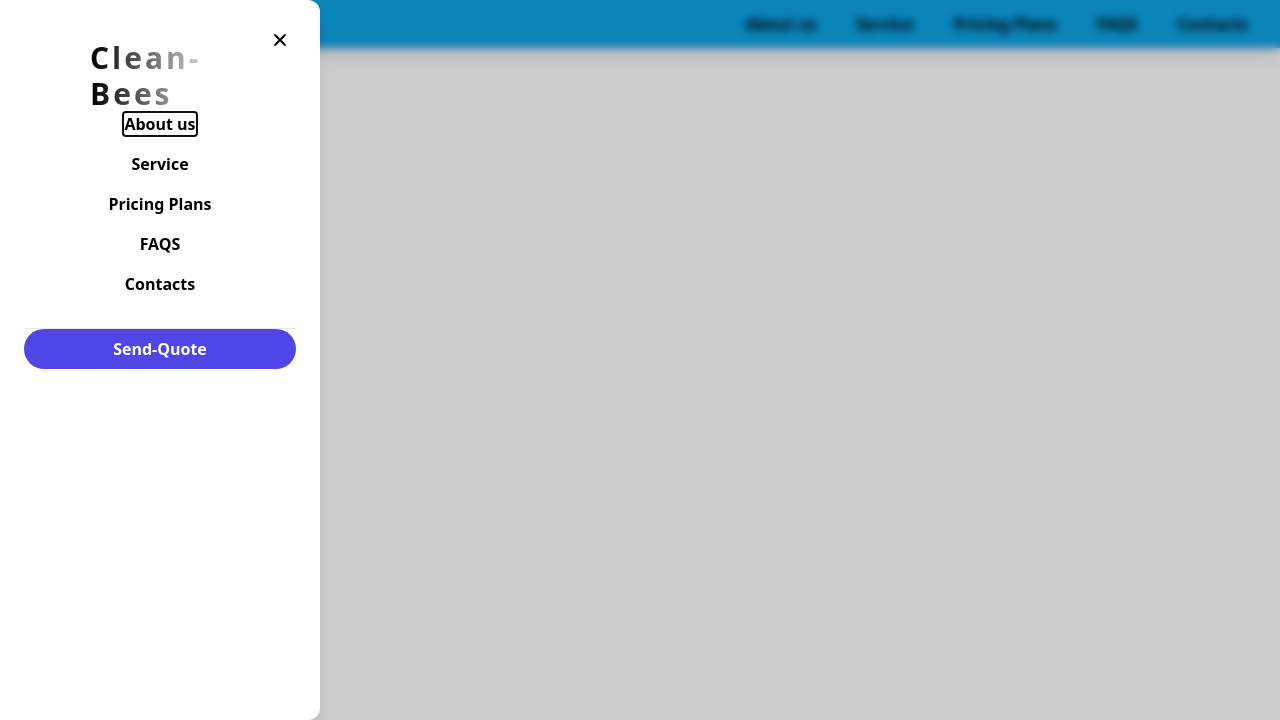
Repository: remydev47/cleanbees
Page: /
An editor plug-in stored every save of this project. The page is shown before and after the next save, followed by the edit.
The browser window is 1280 px wide. The pictures show the whole page.
The project was rebuilt for these pictures with package versions that can differ from the ones it lists, and the page was loaded fresh each time. The framework's server and built-in components were replaced by stand-ins that run in the browser. Also part of the build but not shown: next.config.js.

Above is the page before, as saved 2022-09-15 20:03:20.

### pages/_app.tsx
import '../styles/globals.css'
import type { AppProps } from 'next/app'
import { Header } from '../components/Header'


function MyApp({ Component, pageProps }: AppProps) {
  return (
    <>
      <Header />
      <Component {...pageProps} />
    </>

    )
}

export default MyApp

### pages/index.tsx
import type { NextPage } from 'next'
import Head from 'next/head'
import Image from 'next/image'
import Hero from '../components/Hero'

const Home: NextPage = () => {
  return (
    <div className="">
      <Head>
        <title>CleanBees</title>
        <link rel="icon" href="/favicon.ico" />
      </Head>
      <Hero />
      <h1>CleanBees</h1>
    </div>
  )
}

export default Home

### components/Header.tsx
import { navLinks } from "../constants"
import { MenuPopOver } from "./MenuPopover"
import Logo from "./Logo"
import Image from "next/image"
import { title } from "process"

export const Header = () => {
    return(
        <>
          <header className={styles.container}>
           <div className='flex grow-0 basis-1/3 md:hidden'>
             <MenuPopOver />
          </div>
          <div className='flex grow-0 basis-1/3 justify-center md:justify-start'>

           </div>
           <ul className="list-none sm:flex hidden justify-end items-center flex-1">
            {navLinks.map((nav, index) => (
                <li
                key={nav.id}
                className={`font-poppins font-extrabold cursor-pointer text-[16px]
                  ${index === navLinks.length - 1 ? 'mr-0' : 'mr-10'}
                 text-black `}
                >
                    <a>{nav.title}</a>
                </li>
            ))}
           </ul>

          </header>
        </>
    )
}

const styles ={
    container:`sticky bg-[#0ea5e9] inset-x-0 top-0 z-20 flex items-center justify-between py-2 px-2 shadow-lg dark:bg-slate-900 sm:py-3 sm:px-8`
}

### constants/index.ts

export const navLinks =[
    {
     id:"aboutus",
     title:"About us"
    },
    {
        id:"services",
        title:"Service"
    },
    {
        id:"pricingplans",
        title:"Pricing Plans"
    },
    {
        id:"faqs",
        title:"FAQS"
    },
    {
        id:"contacts",
        title:"Contacts"
    },
]

### components/MenuPopover.tsx
import React, { useState, Fragment } from 'react'
import { IconButton } from './Button'
import { Transition, Dialog }  from '@headlessui/react';
import Link from 'next/link';
import Logo from './Logo';
import { Button } from './Button';
//import { ThemeSelect } from './ThemeToogle';
import { navLinks } from '../constants';

export const MenuPopOver = () => {
    const [isOpen, setIsOpen] = useState(true)

    return(
      <div>
        <IconButton
          variant='ghost'
          aria-label='menu'
          onClick={() => setIsOpen(!isOpen)}
        >
          <svg className='h-6 w-6 ' fill='none' stroke='currentColor'>
            <path
              strokeLinecap='round'
              strokeLinejoin='round'
              strokeWidth={2}
              d='M4 6h16M4 12h16M4 18h16'
            />
          </svg>
        </IconButton>
        <Transition
          show={isOpen}
          appear
          as={Fragment}
          enter='transform transition ease-in-out duration-300'
          enterFrom='-translate-x-full'
          enterTo='translate-x-0'
          leave='transform transition ease-in-out duration-300 delay-200'
          leaveFrom='translate-x-0'
          leaveTo='-translate-x-full'
        >
         <Dialog
           as='div'
           className={`fixed inset-0 z-50`}
           onClose={setIsOpen}
           open={isOpen}
           >
           <Transition.Child
             as={Fragment}
             enter='ease-out duration-300 delay-300'
             enterFrom='opacity-0'
             enterTo='opacity-100'
             leave='ease-in duration-200'
             leaveFrom='opacity-100'
             leaveTo='opacity-0'
           >

            <Dialog.Overlay
              className={`fixed inset-0 bg-black/20 backdrop-blur-sm dark:bg-gray-900/80`}
             />
          </Transition.Child>
           <div className={styles.dialogcontainer}>
            <a className='mx-auto mt-4 flex w-[140px] '>
              <Logo />
            </a>
            <ul
                className={styles.navWrapper2}
             >
                {navLinks.map((nav, index) => (
                    <li
                     key={nav.id}
                     className={`font-poppins font-bold cursor-pointer text-[16px]
                      ${index === navLinks.length - 1 ? 'mr-0' : 'mb-4'}
                      text-black `}
                    >
                     <a href={`#${nav.id}`}>
                        {nav.title}
                     </a>
                    </li>
                 ))}
             </ul>
            {/* <div className='mt-0 border-t border-gray-200 pt-6 dark:border-gray-200/10'>

            </div> */}
            <ul className='mt-8 space-y-3 border-t border-gray-200 dark:border-gray-200/10'>
              <li>
               <Button fullWidth>
                   Send-Quote
               </Button>
              </li>

            </ul>
            <IconButton
              variant='ghost'
              aria-label='close menu'
              className='absolute top-5 right-5'
              onClick={() => setIsOpen(false)}
            >
              <svg
                viewBox='0 0 10 10'
                className='h-2.5 w-2.5 overflow-visible'
                aria-hidden='true'
              >
                <path
                    d='M0 0L10 10M10 0L0 10'
                    fill='none'
                    stroke='currentColor'
                    strokeWidth='2'
                    strokeLinecap='round'
                  />
              </svg>
            </IconButton>
           </div>
         </Dialog>
        </Transition>
      </div>
    )
  }

const styles ={
    dialogcontainer:`fixed top-0 bottom-0 left-0 w-full max-w-xs rounded-r-xl bg-white p-6 shadow-lg dark:bg-gray-800`,
    menuitems:`group relative flex h-9 items-center oveflow-hidden rounded-md hover:bg-slate-200/50`,
    navWrapper2:`list-none flex flex-col justify-end items-center flex-1`,
}

### components/Button/index.tsx
import React, { forwardRef } from 'react';
//import { __DEV__ } from '../../utils/assertions'

type BaseButtonProps = Omit<React.HTMLProps<HTMLButtonElement>, "size">;

/* === Button Element === */

export interface ButtonProps extends BaseButtonProps {
  children: React.ReactNode;
  fullWidth?: boolean;
  className?: string;
  variant?: "solid" | "outline" | "ghost";
  size?: "sm" | "md" | "lg";
  as?: string;
  isExternal?: boolean;
  type?: "button" | "submit" | "reset";
}

export const Button = forwardRef<HTMLButtonElement, ButtonProps>(
  (
    {
      children,
      variant = "solid",
      size = "md",
      fullWidth = false,
      className,
      as = "button",
      isExternal = false,
      ...rest
    },
    ref
  ) => {
    let tempClassNames: string[] = [];

    const sharedClasses = [
      "capitalize",
      "focus:outline-none",
      "focus:ring-2",
      "focus:ring-indigo-400",
      "focus:ring-offset-2",
      "focus:ring-offset-indigo-50",
      "font-semibold",
      "rounded-full",
      "inline-flex",
      "flex-shrink-0",
      "items-center",
      "justify-center",
      "transition-colors",
      "ease-in-out",
      "duration-500",
    ];

    if (fullWidth) sharedClasses.push("w-full");

    // handle variants
    let btnSolid = ["bg-indigo-600", "hover:bg-indigo-700", "text-white"];
    let btnOutline = [
      "dark:text-white",
      "hover:text-yellow-700",
      "hover:dark:text-yellow-800",
      "bg-transparent",
      "hover:bg-indigo-50",
      "border",
      "border-indigo-600",
    ];
    let btnGhost = [
      "bg-transparent",
      "dark:text-white",
      "hover:bg-indigo-50",
      "hover:text-indigo-700",
      "hover:dark:text-indigo-700",
    ];

    if (variant === "solid") {
      tempClassNames = [...sharedClasses, ...btnSolid];
    } else if (variant === "outline") {
      tempClassNames = [...sharedClasses, ...btnOutline];
    } else if (variant === "ghost") {
      tempClassNames = [...sharedClasses, ...btnGhost];
    }

    // handle sizes
    let sizeSm = ["h-8", "px-2", "text-sm"];
    let sizeMd = ["h-10", "px-3"];
    let sizeLg = ["h-12", "px-4", "text-lg"];

    if (size === "sm") {
      tempClassNames = [...tempClassNames, ...sizeSm];
    } else if (size === "md") {
      tempClassNames = [...tempClassNames, ...sizeMd];
    } else if (size === "lg") {
      tempClassNames = [...tempClassNames, ...sizeLg];
    }

    let classes = tempClassNames.join(" ");

    let Element = as ? (
      React.createElement(
        as,
        {
          className: `${classes} ${className}`,
          target: isExternal ? "_blank" : undefined,
          rel: isExternal ? "noopener noreferrer" : undefined,
          ref,
          ...rest,
        },
        children
      )
    ) : (
      <button {...rest} className={`${classes} ${className}`} ref={ref}>
        {children}
      </button>
    );

    return Element;
  }
);

// if (__DEV__) {
//   Button.displayName = "Button";
// }

/* === IconButton Element === */

export interface IconButtonProps extends ButtonProps {
  icon?: React.ReactElement;
  "aria-label": string;
}

export const IconButton = forwardRef<HTMLButtonElement, IconButtonProps>(
  (
    {
      children,
      icon,
      className,
      "aria-label": ariaLabel,
      size = "md",
      ...rest
    },
    ref
  ) => {
    let sharedClasses = ["rounded-full", "!px-0"];

    // handle sizes
    let sizeSm = ["w-8"];
    let sizeMd = ["w-10"];
    let sizeLg = ["w-12"];

    if (size === "sm") {
      sharedClasses = [...sharedClasses, ...sizeSm];
    } else if (size === "md") {
      sharedClasses = [...sharedClasses, ...sizeMd];
    } else if (size === "lg") {
      sharedClasses = [...sharedClasses, ...sizeLg];
    }

    /**
     * Passing the icon as prop or children should work
     */
    const element = icon || children;
    const _children = React.isValidElement(element)
      ? React.cloneElement(element as any, {
          "aria-hidden": true,
          focusable: false,
        })
      : null;

    let classes = sharedClasses.join(" ");
    return (
      <Button
        className={`${classes} ${className}`}
        aria-label={ariaLabel}
        size={size}
        {...rest}
        ref={ref}
      >
        {_children}
      </Button>
    );
  }
);

// if (__DEV__) {
//   IconButton.displayName = "IconButton";
// }

### components/Logo.tsx
import React from 'react';


const Logo  = () => {
  return (
    <span className={`bg-gradient-to-r from-black to-[#fff] bg-clip-text align-middle text-3xl font-black tracking-widest text-transparent hover:text-green-400`}>
        Clean-Bees
    </span>
  )
}

export default Logo;

Loaded but not shown: styles/globals.css (common file); components/Hero.tsx (common file); tailwind.config.js (common file)

After the next save:
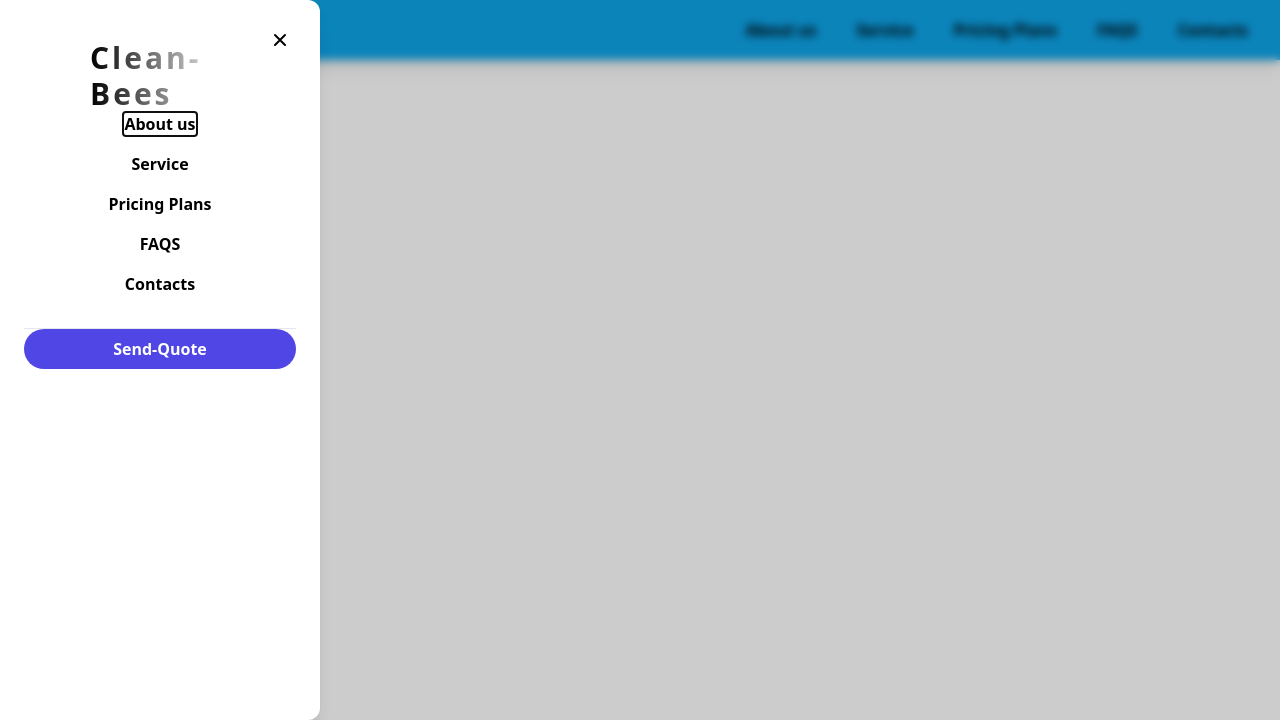
Saved 3 min 53 s later.
--- a/components/Header.tsx
+++ b/components/Header.tsx
@@ -12,7 +12,7 @@ export const Header = () => {
              <MenuPopOver />
           </div>
           <div className='flex grow-0 basis-1/3 justify-center md:justify-start'>
-
+            <Logo />
            </div>
            <ul className="list-none sm:flex hidden justify-end items-center flex-1">
             {navLinks.map((nav, index) => (
